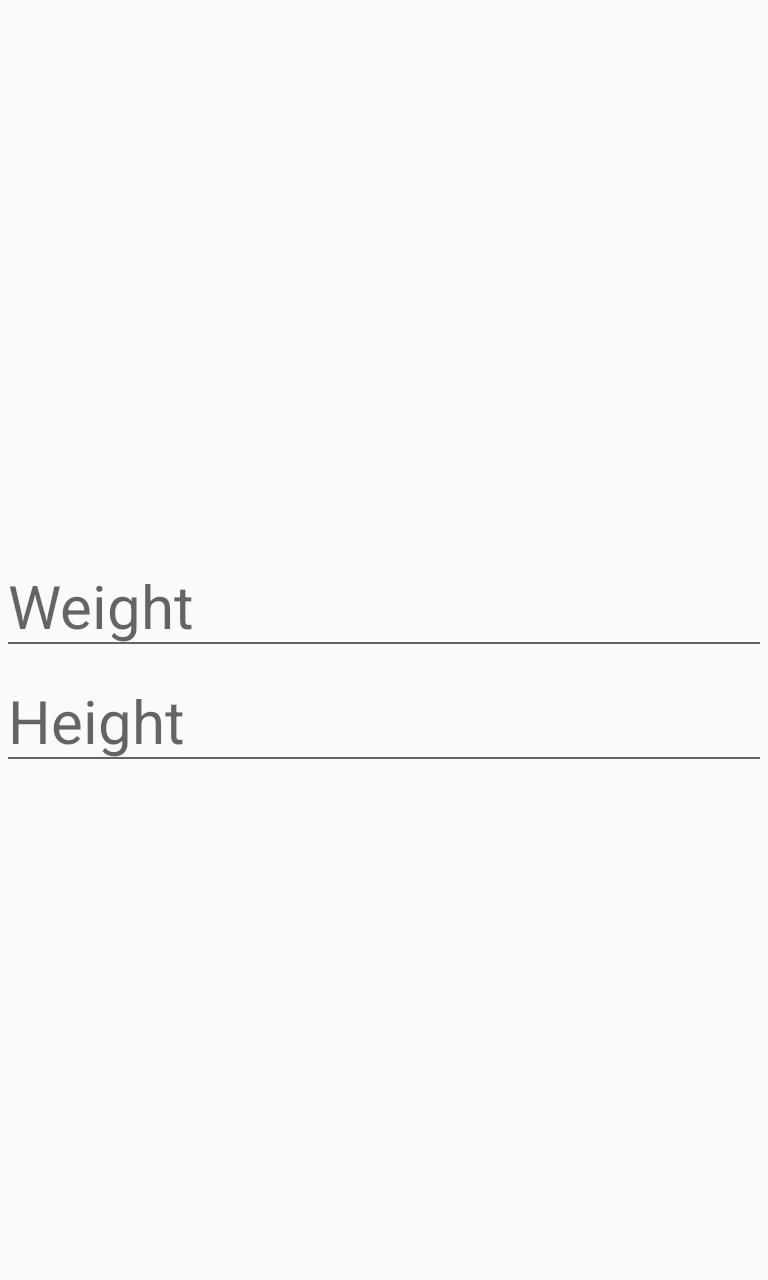
Repository: achavez812/GuatemalaProject2
Layout: GuateMedic-master/GuateMedic/res/layout/fragment_add_new_child_visit1.xml
These files come from the project's save history. The layout is drawn as it stood at one moment and after the next save; the edit follows.
It is drawn on a 768 x 1280 px phone screen (xhdpi) without system bars, with theme AppTheme; the app's code is not run.

Above is the layout before, as saved 2014-06-30 19:43:25.

After the next save:
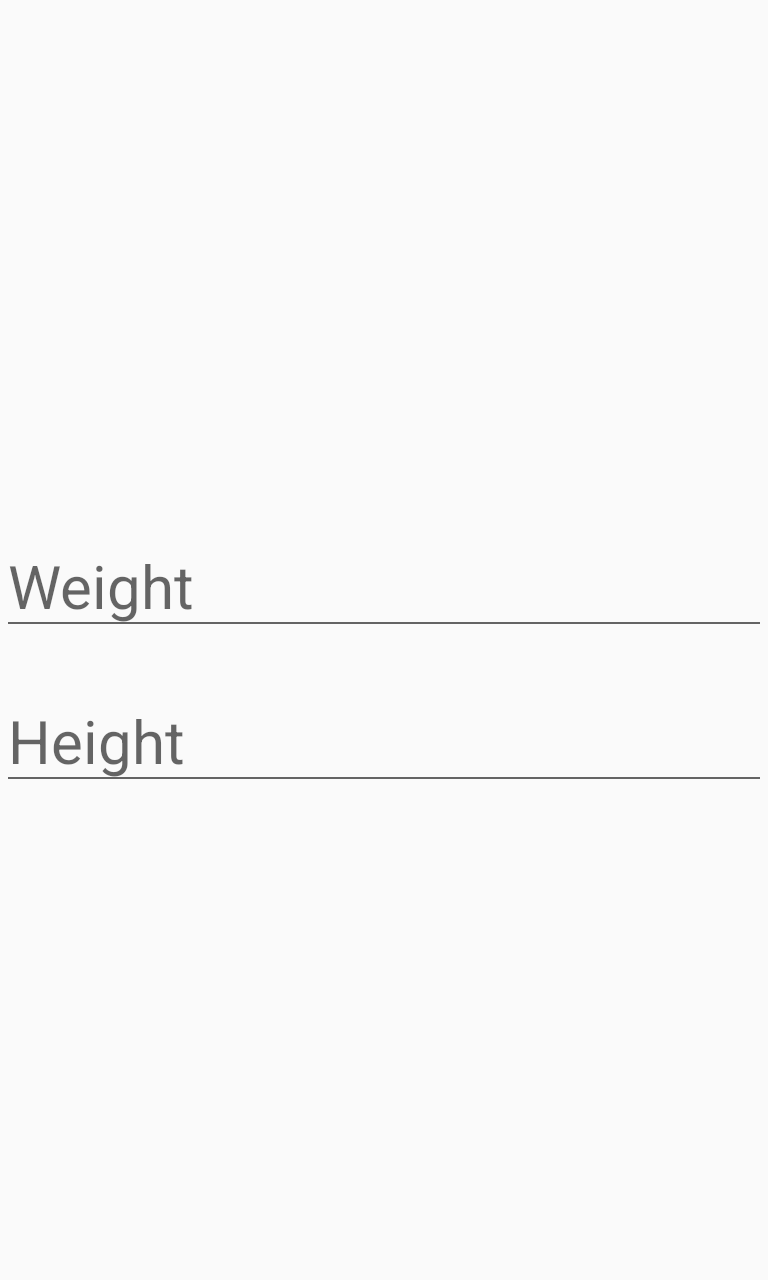
Saved 77 s later.
--- a/GuateMedic-master/GuateMedic/res/layout/fragment_add_new_child_visit1.xml
+++ b/GuateMedic-master/GuateMedic/res/layout/fragment_add_new_child_visit1.xml
@@ -18,7 +18,7 @@
 	    android:textSize="30sp"
 	    android:layout_width="match_parent"
 	    android:layout_height="wrap_content"
-	    android:textSize="30sp"
+	    android:layout_marginTop = "20dp"
 	    android:hint="Height" />
 
 
